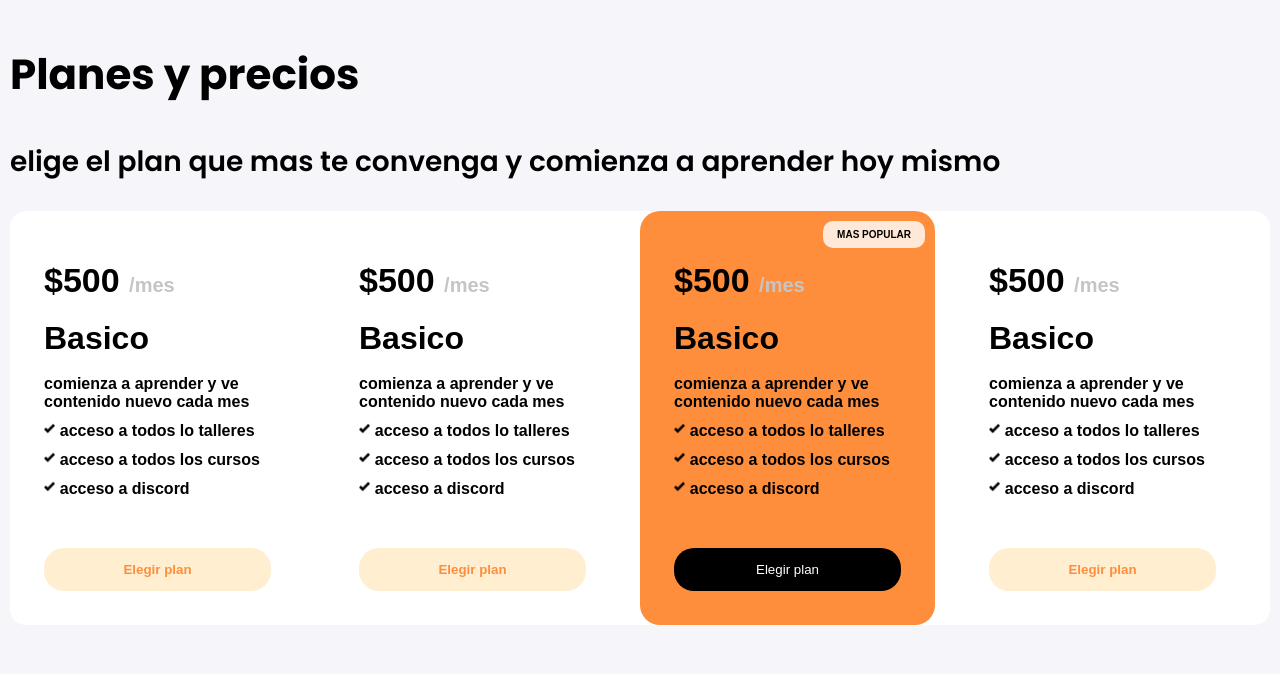
Repository: darkmantiz2/Tarjetas-planes
Page: index.html
An editor plug-in stored every save of this project. The page is shown before and after the next save, followed by the edit.
The browser window is 1280 px wide. The pictures show the whole page.

Above is the page before, as saved 2022-01-11 14:57:40.

### index.html
<!DOCTYPE html>
<html lang="en">

<head>
  <meta charset="UTF-8">
  <meta http-equiv="X-UA-Compatible" content="IE=edge">
  <meta name="viewport" content="width=device-width, initial-scale=1.0">
  <link rel="preconnect" href="https://fonts.googleapis.com">
  <link rel="preconnect" href="https://fonts.gstatic.com" crossorigin>
  <link href="https://fonts.googleapis.com/css2?family=Poppins:ital,wght@0,600;0,700;1,400&display=swap"
    rel="stylesheet">
  <link rel="stylesheet" href="./css/index.css">
  <title>Cards Precios</title>
</head>

<body>
  <section class="cards">
    <div class="container">
      <h1 class="contaier-title">
        Planes y precios
      </h1>
      <p class="container-text1">
        elige el plan que mas te convenga y comienza a aprender hoy mismo
      </p>
      <section class="container-card">
        <div class="card">

          <p class="card-price"> $500 <span class="card-month"> /mes</span></p>
          <p class="card-plan">Basico</p>
          <p class="card-description"> comienza a aprender y ve contenido nuevo cada mes</p>
          <p class="card-item1"><img class="card-icon" src="icons/png-transparent-computer-icons-check-mark-checkbox-palomita-angle-logo-check-mark.png" alt="">  acceso a todos lo talleres</p>
          <p class="card-item2"><img class="card-icon" src="icons/png-transparent-computer-icons-check-mark-checkbox-palomita-angle-logo-check-mark.png" alt=""> acceso a todos los cursos</p>
          <p class="card-item3"><img class="card-icon" src="icons/png-transparent-computer-icons-check-mark-checkbox-palomita-angle-logo-check-mark.png" alt=""> acceso a discord</p>

          <button class="card-button"> Elegir plan </button>
        </div>
        <div class="card">
          <p class="card-price"> $500 <span class="card-month"> /mes</span></p>
          <p class="card-plan">Basico</p>
          <p class="card-description"> comienza a aprender y ve contenido nuevo cada mes</p>
          <p class="card-item1"><img class="card-icon" src="icons/png-transparent-computer-icons-check-mark-checkbox-palomita-angle-logo-check-mark.png" alt="">  acceso a todos lo talleres</p>
          <p class="card-item2"><img class="card-icon" src="icons/png-transparent-computer-icons-check-mark-checkbox-palomita-angle-logo-check-mark.png" alt=""> acceso a todos los cursos</p>
          <p class="card-item3"><img class="card-icon" src="icons/png-transparent-computer-icons-check-mark-checkbox-palomita-angle-logo-check-mark.png" alt=""> acceso a discord</p>

          <button class="card-button"> Elegir plan </button>
        </div>
        <div class="card card-orange">
          <label class="card-label">mas popular</label>
          <p class="card-price"> $500 <span class="card-month"> /mes</span></p>
          <p class="card-plan">Basico</p>
          <p class="card-description">  comienza a aprender y ve contenido nuevo cada mes</p>
          <p class="card-item1"><img class="card-icon" src="icons/png-transparent-computer-icons-check-mark-checkbox-palomita-angle-logo-check-mark.png" alt="">  acceso a todos lo talleres</p>
          <p class="card-item2"><img class="card-icon" src="icons/png-transparent-computer-icons-check-mark-checkbox-palomita-angle-logo-check-mark.png" alt=""> acceso a todos los cursos</p>
          <p class="card-item3"><img class="card-icon" src="icons/png-transparent-computer-icons-check-mark-checkbox-palomita-angle-logo-check-mark.png" alt=""> acceso a discord</p>

          <button class="card-button-orange"> Elegir plan </button>
        </div>
        <div class="card">

          <p class="card-price"> $500 <span class="card-month"> /mes</span></p>
          <p class="card-plan">Basico</p>
          <p class="card-description">  comienza a aprender y ve contenido nuevo cada mes</p>
          <p class="card-item1"><img class="card-icon" src="icons/png-transparent-computer-icons-check-mark-checkbox-palomita-angle-logo-check-mark.png" alt="">  acceso a todos lo talleres</p>
          <p class="card-item2"><img class="card-icon" src="icons/png-transparent-computer-icons-check-mark-checkbox-palomita-angle-logo-check-mark.png" alt=""> acceso a todos los cursos</p>
          <p class="card-item3"><img class="card-icon" src="icons/png-transparent-computer-icons-check-mark-checkbox-palomita-angle-logo-check-mark.png" alt=""> acceso a discord</p>


          <button class="card-button"> Elegir plan </button>
        </div>
      </section>




    </div>
  </section>
</body>

</html>

### css/index.css
:root {
  --black: #373737;
  --primary: #ff8e3c;
  --white: #ffffff;
  --grey: #848199;
  --red: #fa513a;
  --grey-2: #a3a3a3;
  --bg: #f5f5fa;
  --headline2: 600 1.75rem/normal Poppins;
  --headline3: 600 1.25rem/1.375rem Poppins;
  --button: 400 0.875rem/1rem Poppins;
  --headline1: 600 3.5rem/normal Poppins;
  --body1-regular: 400 1rem/1.5rem Poppins;
  --body1-bold: 700 1rem/1.5rem Poppins;
  --body2-bold: 700 0.875rem/1.5rem Poppins;
  --body2-regular: 400 0.875rem/1.5rem Poppins;
  --caption-regular: 400 0.75rem/1rem Poppins;
  --caption-bold: 600 0.75rem/1rem Poppins;

}

/*BODDY*/

body {
  color: var(--white);
  background-color: var(--primary);
  font: var(--headline2);
  background: var(--bg);
}

.container {
  color: black;
}



.container-card {
  display: flex;
  justify-content: center;
  align-items: center;
  max-width: 1260px;
  width: 100%;
  background-color: white;
  border-radius: 16px;
  font-family: arial;
  font-weight: bold;
}

.card-month {
  font-size: 20px;
  color: #c5c5c5;
}

.cards {
  display: flex;
  justify-content: center;
  align-items: center;
}

.card-orange {
  background-color: var(--primary);
  font-size: medium;
}


.card {
  align-items: flex-start;
  display: flex;
  justify-content: center;
  flex-direction: column;
  width: 334px;
  padding:0 34px 34px;
  border-radius: 20px;
  margin-right: 20px;
  font-size: medium;
  box-sizing: border-box;
  position: relative;
}

.card-price {
  margin: 0;
  padding-bottom: 20px;
  padding-top: 50px;
  font-size: 34px;
}


.card-plan {
  margin: 0;
  padding-bottom: 18px;
  font-size: xx-large;
  font-weight: bold;
}

.card-icon{
  width: 5%;
}

.card-description {
  margin: 0;
  padding-bottom: 10px;
}

.card-item1 {
  margin: 0;
  padding-bottom: 10px;
}

.card-item2 {
  margin: 0;
  padding-bottom: 10px;
}

.card-item3 {
  margin: 0;
  padding-bottom: 50px;
}

.card-button {
 width: 100%;
  padding: 14px 37px 14px 37px;
  background-color: #ffa50030;
  border-radius: 20px;
  border: none;
  color: var(--primary);
  font-weight: bolder;

}

.card-button-orange {
  width: 100%;
  padding: 14px 37px 14px 37px;
  background-color: black;
  border-radius: 20px;
  color: var(--white);
  border: none;
}

.card-label{
  background-color: rgba(255, 255, 255, 0.801);
  padding: 8px 14px;
  border-radius: 10px;
  font-size: small;
  text-transform: uppercase;
  font-size: 10px;
  font-weight: 800;
  font-style: normal;
  position: absolute;
  top: 10px;
  right: 10px;
}



.container {
  color: black;
}



.container-card {
  display: flex;
  justify-content: center;
  align-items: center;
  max-width: 1260px;
  width: 100%;
}

.card-month {
  font-size: 20px;
  color: #c5c5c5;
}

After the next save:
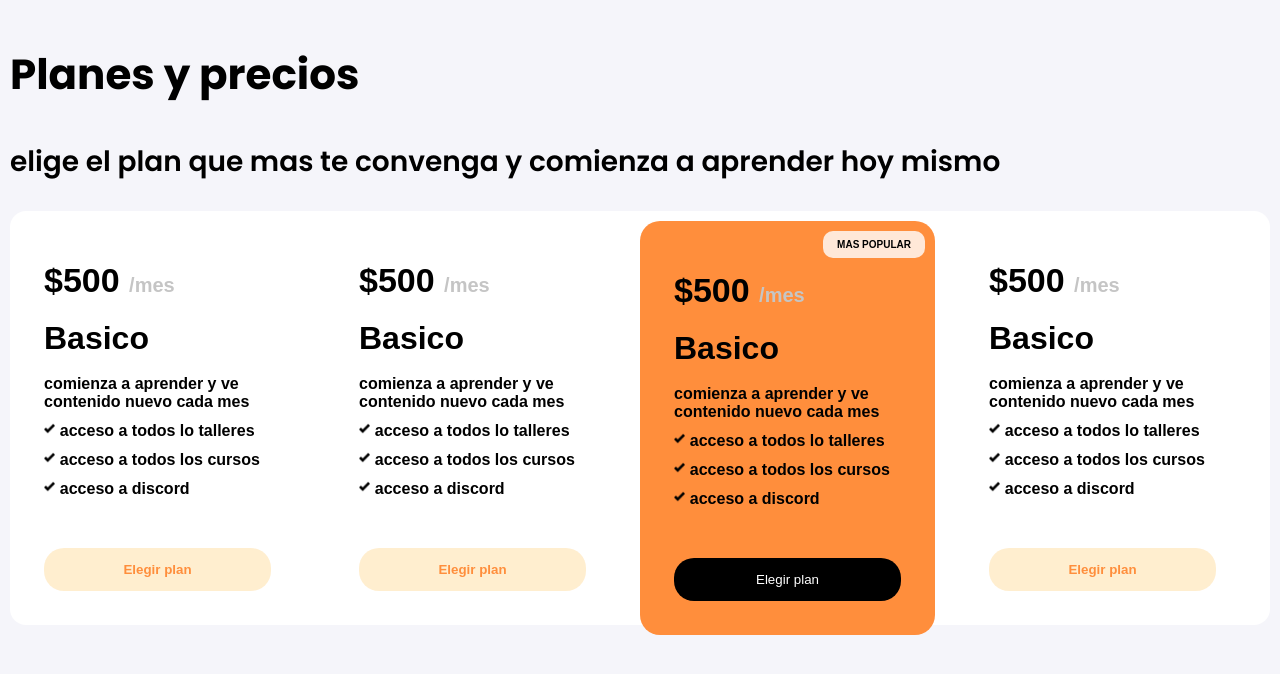
Saved 3 min 56 s later.
--- a/css/index.css
+++ b/css/index.css
@@ -60,6 +60,7 @@ body {
 .card-orange {
   background-color: var(--primary);
   font-size: medium;
+  transform: translateY(10px);
 }
 
 
